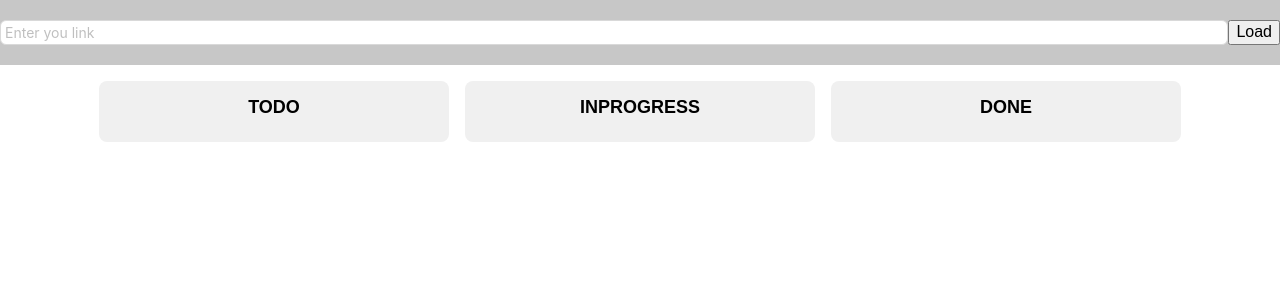
Repository: dVaselevsliy/kanban-test
Page: /
An editor plug-in stored every save of this project. The page is shown before and after a run of saves, followed by the edit.
The browser window is 1280 px wide. The pictures show the whole page.
The project was rebuilt for these pictures with package versions that can differ from the ones it lists, and the page was loaded fresh each time. Also part of the build but not shown: vite.config.ts, src/helpers/timeAgo.js, src/components/Issue.tsx.

Above is the page before, as saved 2025-03-03 01:46:23.

After the next 2 saves:
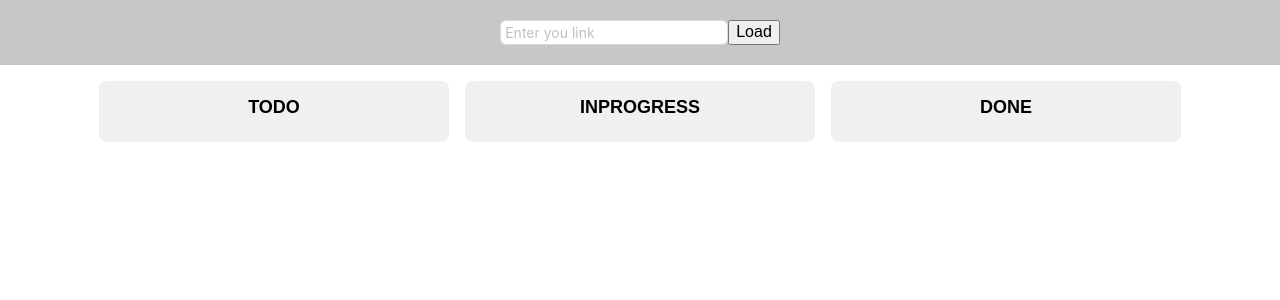
The 2 saves are shown as one change because they came seconds apart.
The last was saved 17 s later.
--- a/src/styles/styles.scss
+++ b/src/styles/styles.scss
@@ -17,7 +17,7 @@ body {
 .input {
   height: 25px;
   width: 100%;
-
+  max-width: fit-content;
   padding: 4px;
 }
 
